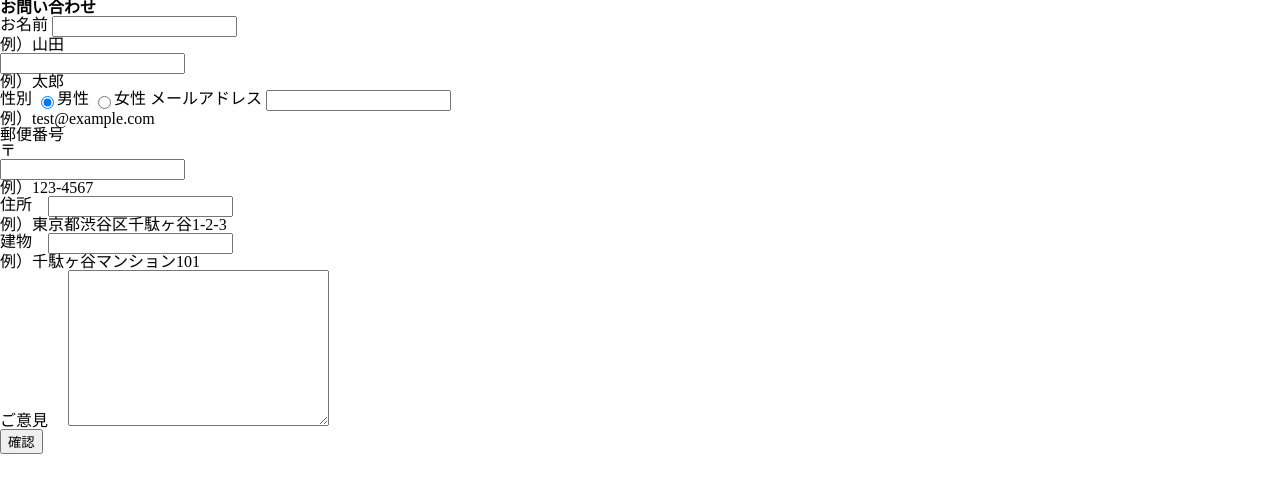
Repository: 1000sky/20220728majima
Page: http://localhost/contact
An editor plug-in stored every save of this project. The page is shown before and after the next save, followed by the edit.
The browser window is 1280 px wide. The pictures show the whole page.
The page is served by the project's Laravel application, run on PHP 8.4 with Laravel 8. Other server files are loaded and not shown. Queries for data that is not in the repository find no rows.

Above is the page before, as saved 2022-07-27 23:34:01.

### advance-test/routes/web.php
<?php

use Illuminate\Support\Facades\Route;
use App\Http\Controllers\ContactController;

/*
|--------------------------------------------------------------------------
| Web Routes
|--------------------------------------------------------------------------
|
| Here is where you can register web routes for your application. These
| routes are loaded by the RouteServiceProvider within a group which
| contains the "web" middleware group. Now create something great!
|
*/

/*Route::get('/', function () {
    return view('welcome');
});*/

Route::get('/', [ContactController::class, 'index']);
Route::post('/', [ContactController::class, 'post']);

Route::get('/contact', [ContactController::class, 'contact']);
Route::post('/create', [ContactController::class, 'create']);


Route::get('/confirmation',[ContactController::class, 'confirmation']);

Route::get('/management', [ContactController::class, 'page']);

### advance-test/app/Http/Controllers/ContactController.php
<?php

namespace App\Http\Controllers;

use Illuminate\Http\Request;
use App\Http\Requests\ClientRequest;
use App\Models\Contact;

class ContactController extends Controller
{
    public function index(Request $request)
    {
        return view('contact');
    }

    public function post(ClientRequest $request)
    {
        return view('contact');
    }

    public function contact()
    {
        $items = Contact::all();
        return view('contact', ['items' => $items]);
    }

    public function create(Request $request)
    {
        $this->validate($request, Contact::$rules);
        $form = $request->all();
        Contact::create($form);
        return redirect('/create');
    }


    //confirmation
    public function confirmation()
    {
        $items = Contact::all();
        return view('confirmation', ['items' => $items]);
    }

    //management
    public function management()
    {
        $items = Contact::all();
        return view('management', ['items' => $items]);
    }
    public function search(Request $request)
    {
        $item = Contact::where('name','gender','created_at','LIKE BINARY',"%{$request->input}%")->get();
        $param = [
            'input' => $request->input,
            'item' => $item
        ];
        return view('management', $param);
    }

    public function page()
    {
        $items = Contact::Paginate(10);
        return view('management', ['items' => $items]);
    }

}

### advance-test/app/Models/Contact.php
<?php

namespace App\Models;

use Illuminate\Database\Eloquent\Factories\HasFactory;
use Illuminate\Database\Eloquent\Model;

class Contact extends Model
{
    use HasFactory;

    protected $fillable = ['fullname', 'gender', 'email','postcode','address','building_name','opinion'];

    public static $rules = array(
        'fullname' => 'required',
        'gender' => 'required',
        'email' => 'required|email',
        'postcode' => 'required|max:8|/^[a-zA-Z0-9\-]+$/u',
        'address' => 'required|regex:/^[a-zA-Z0-9]+$/',
        'building-name' => 'regex:/^[a-zA-Z0-9]+$/',
        'opinion' => 'required|max:120',
    );
}

### advance-test/resources/views/contact.blade.php
<!DOCTYPE html>
<html lang="ja">
<head>
    <meta charset="UTF-8">
    <meta name="viewport" content="width=device-width, initial-scale=1.0">
    <meta http-equiv="X-UA-Compatible" content="ie=edge">
    <title>Advance-Test</title>
    <link rel="stylesheet" href="css/reset.css" />
    <link rel="stylesheet" href="css/contact.css" />
</head>
<body>
    <h1>お問い合わせ</h1>

    @if (count($errors) > 0)
    <ul>
      @foreach ($errors->all() as $error)
        <li>{{$error}}</li>
      @endforeach
    </ul>
    @endif

    <form action="/create" method="POST">

      <table>
        @csrf
        <tr>
        <label>
            お名前 <input type="text" name="fullname"><p>例）山田</p><input type="text" name="fullname"><P>例）太郎</P>
        </label>
        </tr>

        @if ($errors->has('fullname'))
        <tr>
          <th>ERROR</th>
          <td>
            {{$errors->first('fullname')}}
          </td>
        </tr>
        @endif

        <tr>
        <label>
            性別
                <input type="radio" name="gender" checked="checked"><label for="">男性</label>
                <input type="radio" name="gender"><label for="">女性</label>
        </label>
        </tr>
        @if ($errors->has('gender'))
        <tr>
          <th>ERROR</th>
          <td>
            {{$errors->first('gender')}}
          </td>
        </tr>
        @endif

        <tr>
        <label for="">
            メールアドレス <input type="text"><P>例）test@example.com</P>
        </label>
        </tr>
        @if ($errors->has('email'))
        <tr>
          <th>ERROR</th>
          <td>
            {{$errors->first('email')}}
          </td>
        </tr>
        @endif

        <tr>
        <label for="">
            郵便番号　<div>〒</div> <input type="text"><p>例）123-4567</p>
        </label>
        </tr>

        <tr>
        <label for="">
            住所　<input type="text" style="ime-mode:disabled;"><p>例）東京都渋谷区千駄ヶ谷1-2-3</p>
        </label>
        </tr>

        <tr>
        <label for="">
            建物　<input type="text"><p>例）千駄ヶ谷マンション101</p>
        </label>
        </tr>

        <tr>
        <label for="">
            ご意見　 <textarea name="opinion" cols="30" rows="10"></textarea>
        </label>
        </tr>
      </table>


        <button type="submit">確認</button>
 {{--       <!--同じページでリンク先が開く-->
<input type="button" value="リンク" onClick="location.href='http://google.com'">

 <!--新しいタブでリンク先が開く-->
<input type="button" value="リンク" onClick="window.open('http://google.com')">
--}}


{{-- <FORM>
    テキストボックス
    <input type="text" value="" onInput="checkForm(this)">

    テキストエリア
    <textarea rows="2" onInput="checkForm(this)"></textarea>
    </FORM>

    <script type="text/javascript">
    <!--
    function checkForm($this)
    {
        var str=$this.value;
        while(str.match(/[^A-Z^a-z\d\-]/))
        {
            str=str.replace(/[^A-Z^a-z\d\-]/,"");
        }
        $this.value=str;
    }
    //-->
    </script>

    --}}

    </form>


</body>
</html>

Loaded but not shown: advance-test/app/Http/Controllers/Controller.php (common file); advance-test/public/css/reset.css (common file)

After the next save:
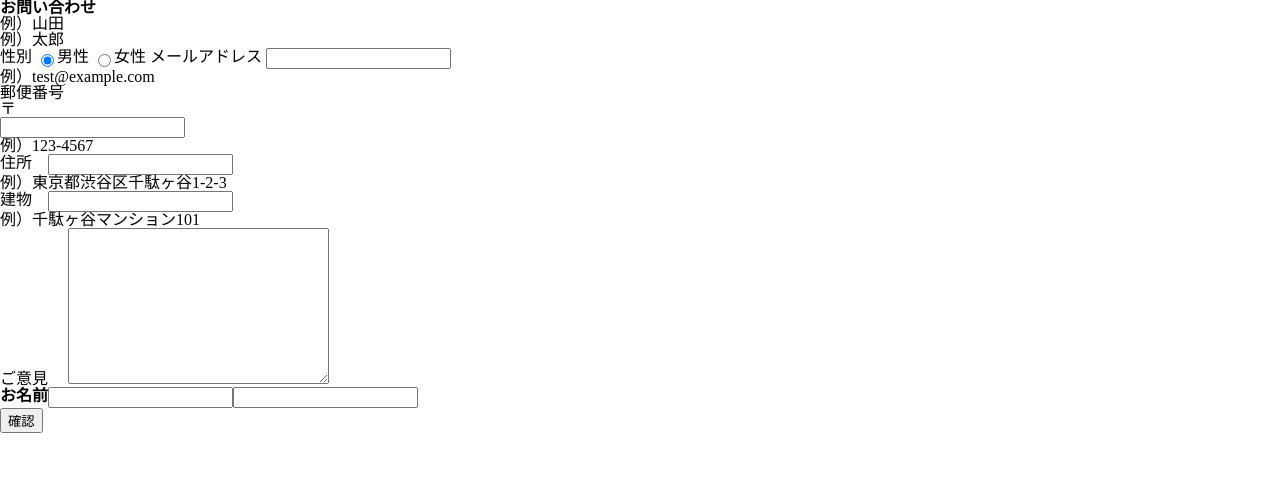
Saved 8 min 10 s later.
--- a/advance-test/resources/views/contact.blade.php
+++ b/advance-test/resources/views/contact.blade.php
@@ -24,9 +24,10 @@
       <table>
         @csrf
         <tr>
-        <label>
-            お名前 <input type="text" name="fullname"><p>例）山田</p><input type="text" name="fullname"><P>例）太郎</P>
-        </label>
+        <th><label>お名前</label></th>
+
+        <td><input type="text" name="fullname"></td><p>例）山田</p><td><input type="text" name="fullname"></td><P>例）太郎</P>
+
         </tr>
 
         @if ($errors->has('fullname'))
